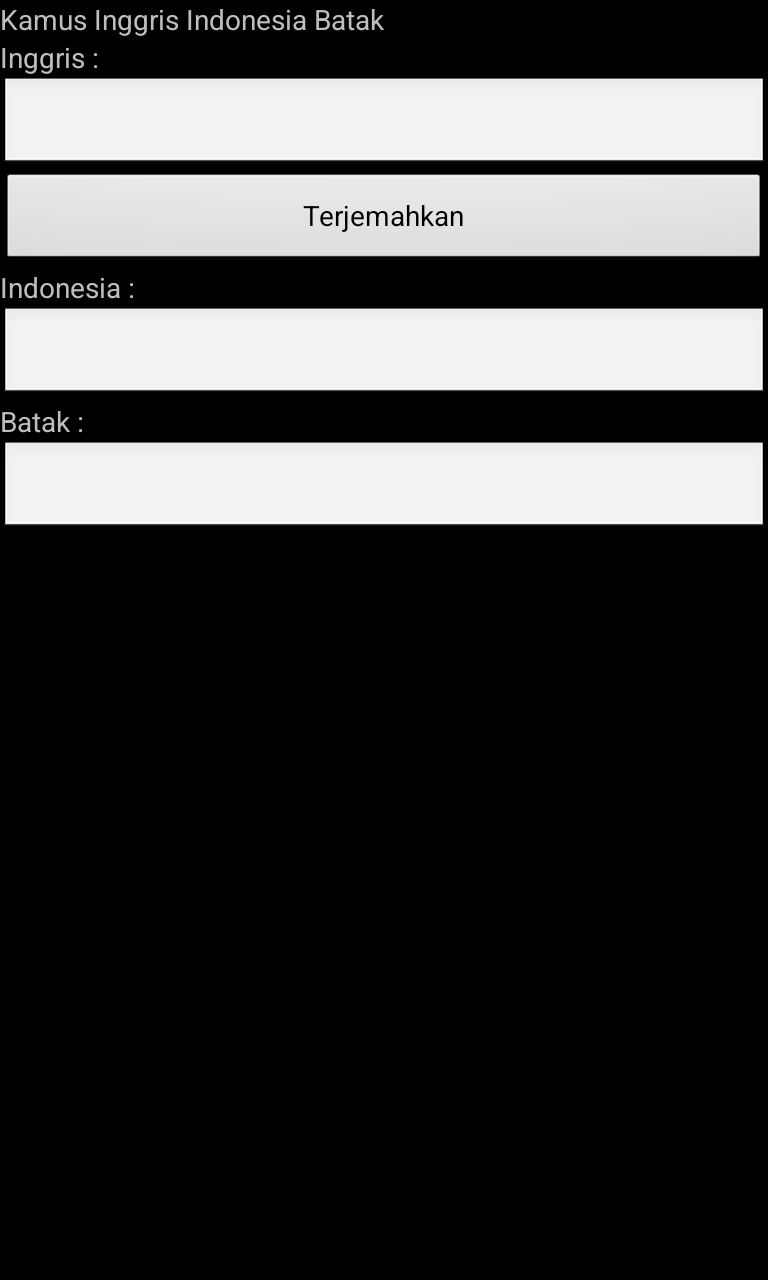
Repository: AndenWano/kamusbahasaindonesia
Layout: KamusKomputer/Kamus/res/layout/activity_show_kamus.xml
The author's editor kept a copy of each file at every save. The layout is drawn from the files as they stood at one save, then again after the next save.
It is drawn on a 768 x 1280 px phone screen (xhdpi) without system bars, with theme android:Theme; the app's code is not run.

Above is the layout before, as saved 2014-12-21 10:11:23.

### KamusKomputer/Kamus/res/layout/activity_show_kamus.xml
<?xml version="1.0" encoding="utf-8"?>
<LinearLayout
xmlns:android="http://schemas.android.com/apk/res/android"
android:orientation="vertical"
android:layout_width="fill_parent"
android:layout_height="fill_parent"
>
<TextView
android:layout_width="fill_parent"
android:layout_height="wrap_content"
android:text="Kamus Inggris Indonesia Batak"
/>
<TextView
android:text="Inggris :"
android:id="@+id/TextView01"
android:layout_width="wrap_content"
android:layout_height="wrap_content">
</TextView>
<EditText
android:text=""
android:id="@+id/txtInggris"
android:layout_width="fill_parent"
android:layout_height="wrap_content"
/>
<Button
android:text="Terjemahkan"
android:id="@+id/btnTerjemah"
android:layout_width="fill_parent"
android:layout_height="wrap_content"
android:onClick="getTerjemahan"
/>
<TextView
android:text="Indonesia :"
android:id="@+id/TextView03"
android:layout_width="wrap_content"
android:layout_height="wrap_content"
/>
<EditText
android:text=""
android:id="@+id/txtIndonesia"
android:layout_width="fill_parent"
android:layout_height="wrap_content"
android:editable="false"
/>
<TextView
android:text="Batak :"
android:id="@+id/TextView04"
android:layout_width="wrap_content"
android:layout_height="wrap_content"
/>
<EditText
android:text=""
android:id="@+id/txtBatak"
android:layout_width="fill_parent"
android:layout_height="wrap_content"
android:editable="false"
/>
</LinearLayout>

After the next save:
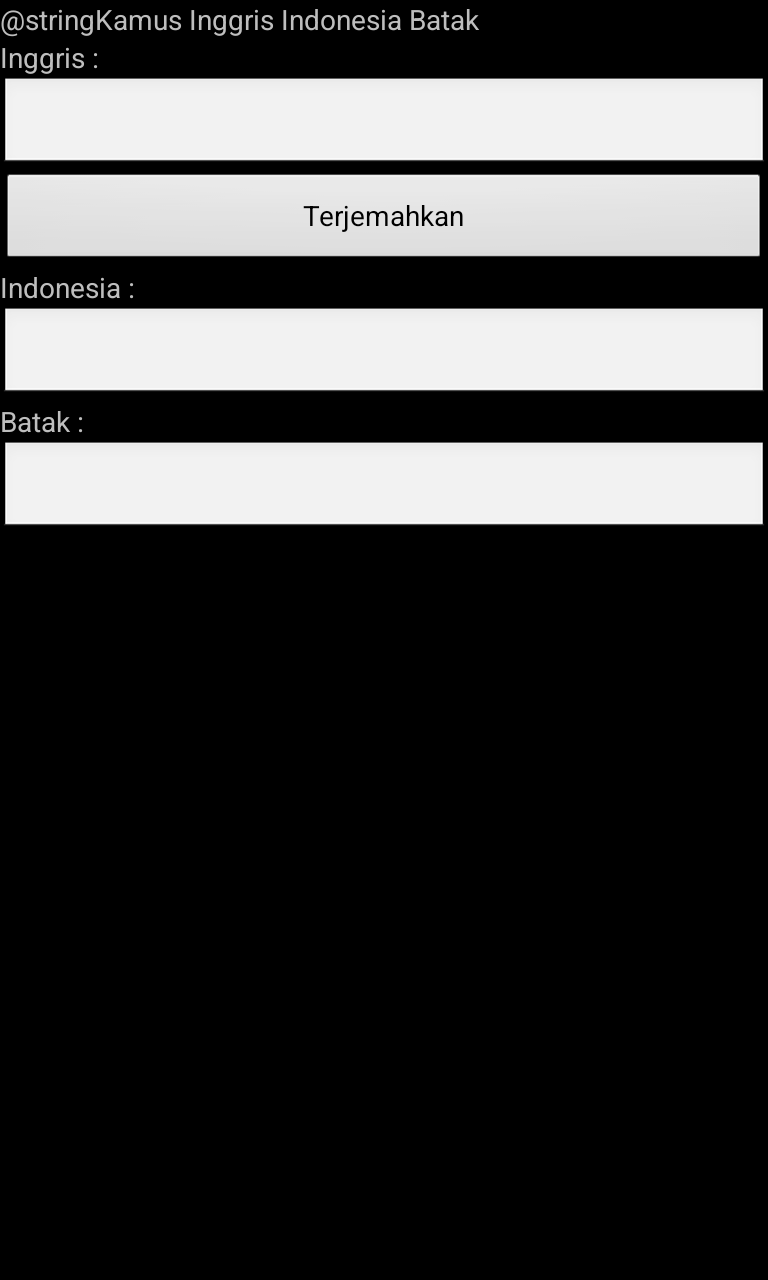
Saved 41 s later.
--- a/KamusKomputer/Kamus/res/layout/activity_show_kamus.xml
+++ b/KamusKomputer/Kamus/res/layout/activity_show_kamus.xml
@@ -8,7 +8,7 @@ android:layout_height="fill_parent"
 <TextView
 android:layout_width="fill_parent"
 android:layout_height="wrap_content"
-android:text="Kamus Inggris Indonesia Batak"
+android:text="@stringKamus Inggris Indonesia Batak"
 />
 <TextView
 android:text="Inggris :"
